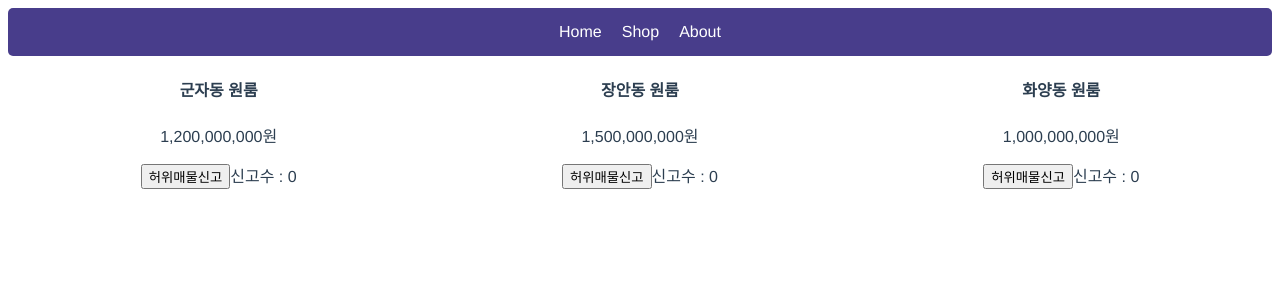
Repository: jy0813/Function
Page: / (app in function/)
The author's editor kept a copy of each file at every save. The page is drawn from the files as they stood at one save, then again after the next save.
The browser window is 1280 px wide. The pictures show the whole page.
The project was rebuilt for these pictures with package versions that can differ from the ones it lists, and the page was loaded fresh each time.

Above is the page before, as saved 2022-02-23 16:17:30.

After the next save:
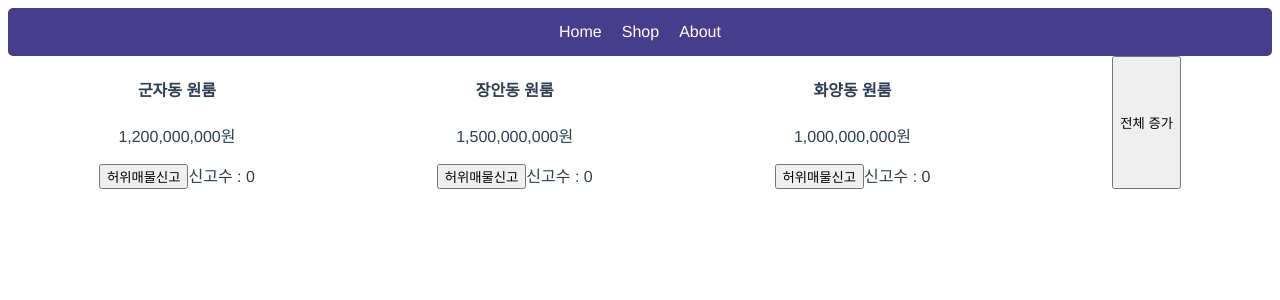
Saved 71 s later.
--- a/function/src/App.vue
+++ b/function/src/App.vue
@@ -6,9 +6,10 @@
 <div class="room" v-for="(item, index) in rooms" :key="index">
   <h4>{{item.address}}</h4>
   <p>{{numSet(item.price)}}원</p>
-  <button @click="reportBtn()">허위매물신고</button>
+  <button @click="reportBtn(index)">허위매물신고</button>
   <span>신고수 : {{item.report}}</span>
 </div>
+<button type="button">전체 증가</button>
 </div>
 </template>
 
@@ -44,7 +45,7 @@ export default {
       if (!val) return (val = '');
       return val.toString().replace(/\B(?=(\d{3})+(?!\d))/g, ',');
     },
-    reportBtn() {
+    reportBtn(index) {
       console.log(this.rooms);
       console.log(this.rooms.report);
       // this.rooms.report++;
